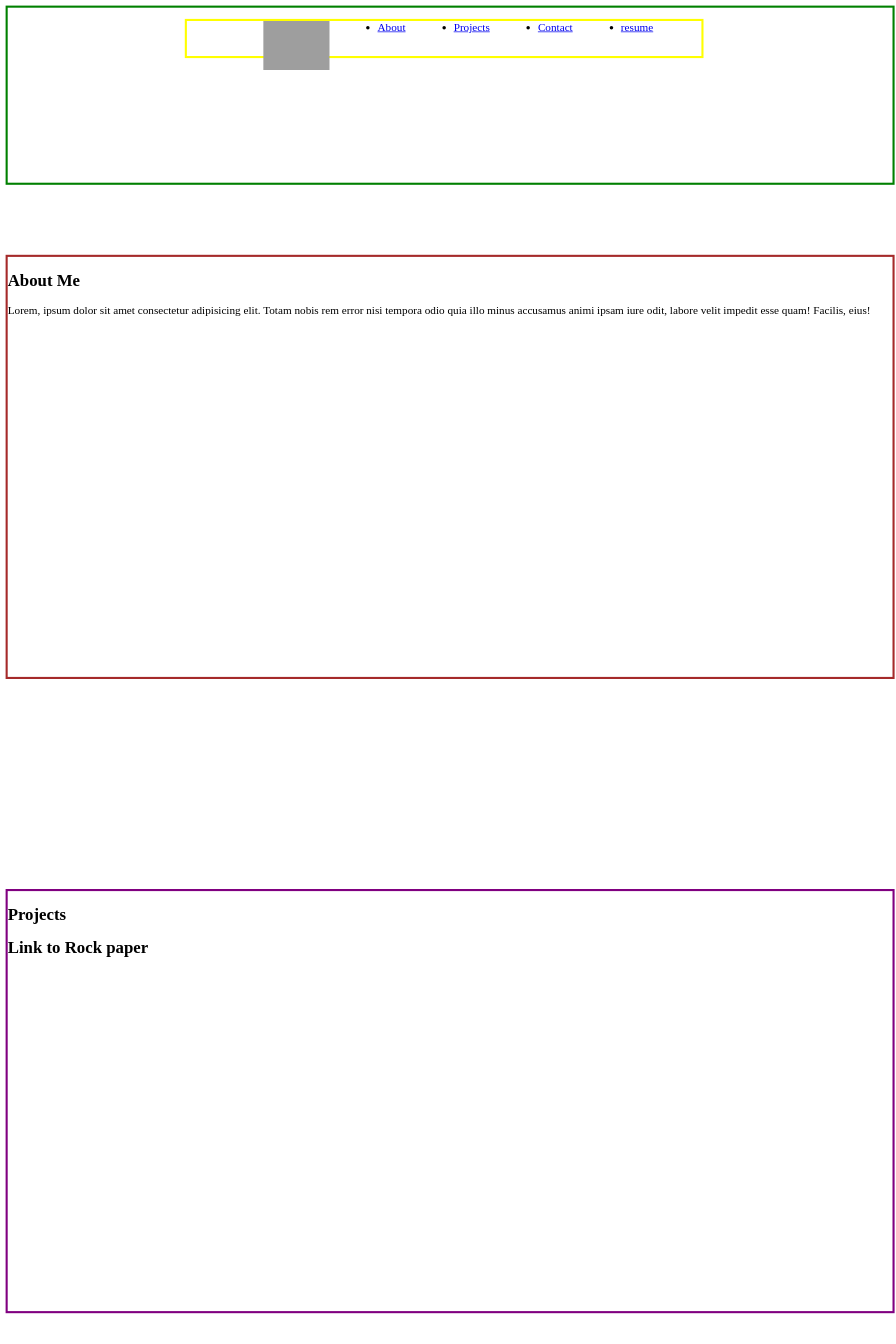
Repository: JohnDunst/projecttwo
Page: /
The author's editor kept a copy of each file at every save. The page is drawn from the files as they stood at one save, then again after the next save.
The browser window is 1280 px wide. The pictures show the part of the page from y = 0 to 1920 px (the page is 2790 px tall), at 70% of full size.
Pictures or frames that could not be fetched are drawn as grey boxes. The project was rebuilt for these pictures with package versions that can differ from the ones it lists, and the page was loaded fresh each time. Imported but missing from the stored project, and not drawn on this page: src/assets/Dunst Resume.pdf.

Above is the page before, as saved 2023-08-03 23:21:26.

### src/App.js
import React from 'react';
import Header from './components/Header';
import About from './components/About';
import Projects from './components/Projects';
import Contact from './components/Contact';
import Resume from './components/Resume';
import './style.css'

const App = () => {
  return (
    <div className="app">
      <Header />
        <About />
        <Projects />
        <Resume />
        <Contact />
    </div>
  );
};

export default App;

### src/components/Header.jsx
import React from "react";
import CV from "../assets/Dunst Resume.pdf";
import Resume from "./Resume";

const Header = () => {




  const scrollToAbout = () => {
    const aboutSection = document.getElementById("about");
    if (aboutSection) {
      aboutSection.scrollIntoView({ behavior: "smooth" });
    }
  };



  const openResume = () => {
    window.open(CV, "Dunst Resume.pdf"); // Open the PDF in a new browser tab
  };





  return (
    <div>
      <div className="headerConatiner">
        <ul className="linkContainer">
          <a href="spicy" className="nav__logo">
            <img
              src="https://encrypted-tbn0.gstatic.com/images?q=tbn:ANd9GcQTsOxv6UAiGwL2tSXdFUM0rM63enIOaDz2eQ&usqp=CAU"
              alt="Nevergiveup"
            />
          </a>
          <li>
            <a href="#about" onClick={scrollToAbout}>
              About
            </a>
          </li>
          <li>
            <a href="#projects">Projects</a>
          </li>
          <li>
            <a href="#contact">Contact</a>
          </li>
          <li>
            <a href="#resume" onClick={openResume}>
              resume
            </a>
          </li>
        </ul>
      </div>
    </div>
  );
};
export default Header;

### src/components/About.jsx
import React from 'react';

const About = () => {
  return (
    <section id="about">
      <h2>About Me</h2>
      <p>
       Lorem, ipsum dolor sit amet consectetur adipisicing elit. Totam nobis rem error nisi tempora odio quia illo minus accusamus animi ipsam iure odit, labore velit impedit esse quam! Facilis, eius!
      </p>

    </section>
  );
};

export default About;

### src/components/Projects.jsx
import React from 'react';

const Projects = () => {
  return (
    <section id="projects">
      <h2>Projects</h2>
            <div>
                <h1> Link to Rock paper </h1>


            </div>
    </section>
  );
};

export default Projects;

### src/components/Contact.jsx
import React from 'react';

const Contact = () => {
  return (
    <section id="contact">
      <h2>Contact Me</h2>
              {/* Add Linkdin Github Email  */}
    </section>
  );
};

export default Contact;

### src/components/Resume.jsx
import React, { useRef } from "react";
import CV from "../assets/Dunst Resume.pdf";
import Header from "./Header";

const Resume = () => {
  const resumeLinkRef = useRef(null);

  const openResume = () => {
    window.open(CV, "Dunst Resume.pdf"); // Open the PDF in a new browser tab
  };
  React.useEffect =
    (() => {
      if (resumeLinkRef.current) {
        resumeLinkRef.current.addEventListener("click", openResume);
      }
      return () => {
        if (resumeLinkRef.current) {
          resumeLinkRef.current.removeEventListener("click", openResume);
        }
      };
    },
    []);
};

export default Resume;

### src/style.css
.headerConatiner{
    border: solid green;
    width:100%;
    height: 250px;
    display: flex;
    flex-direction: column;

}
.searchContainer{
    border: solid teal;
    width: 100%;
    height: 100px;
    display: flex;
    justify-content: space-evenly;
    flex-direction: row;
    margin-left: 0%;
}

.linkContainer{
border: solid yellow;
width: 55%;
height:50px;
display: flex;
justify-content: space-evenly;
margin-left: 20%;

}
#about{
    border: solid brown;
    height: 600px;
    width: 100%;
    margin-top: 100px;

}
#projects{
    border: solid purple;
    margin-top: 300px;

    height: 600px;
    width: 100%;
}
#contact{
    border: solid pink;
    margin-top: 300px;
    height: 600px;
    width: 100%;
}
.nav__logo img{
    height: 70px;
    width: 95px;
}
img{
    max-width: 100%;
    height: auto;
    display: block;
}

Loaded but not shown: public/index.html (common file); src/index.js (common file)

After the next save:
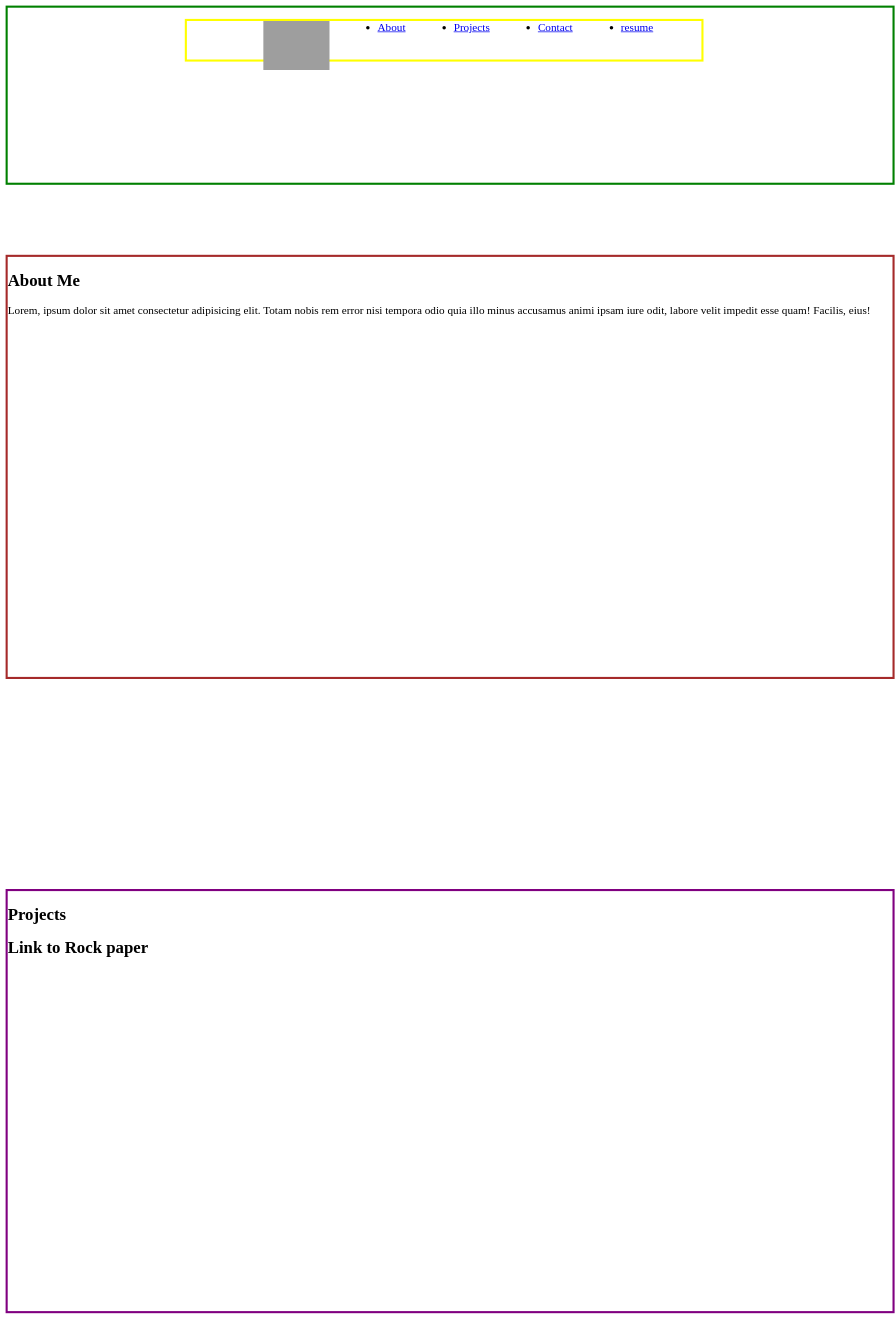
Saved 5 s later.
--- a/src/style.css
+++ b/src/style.css
@@ -19,7 +19,7 @@
 .linkContainer{
 border: solid yellow;
 width: 55%;
-height:50px;
+height:55px;
 display: flex;
 justify-content: space-evenly;
 margin-left: 20%;
